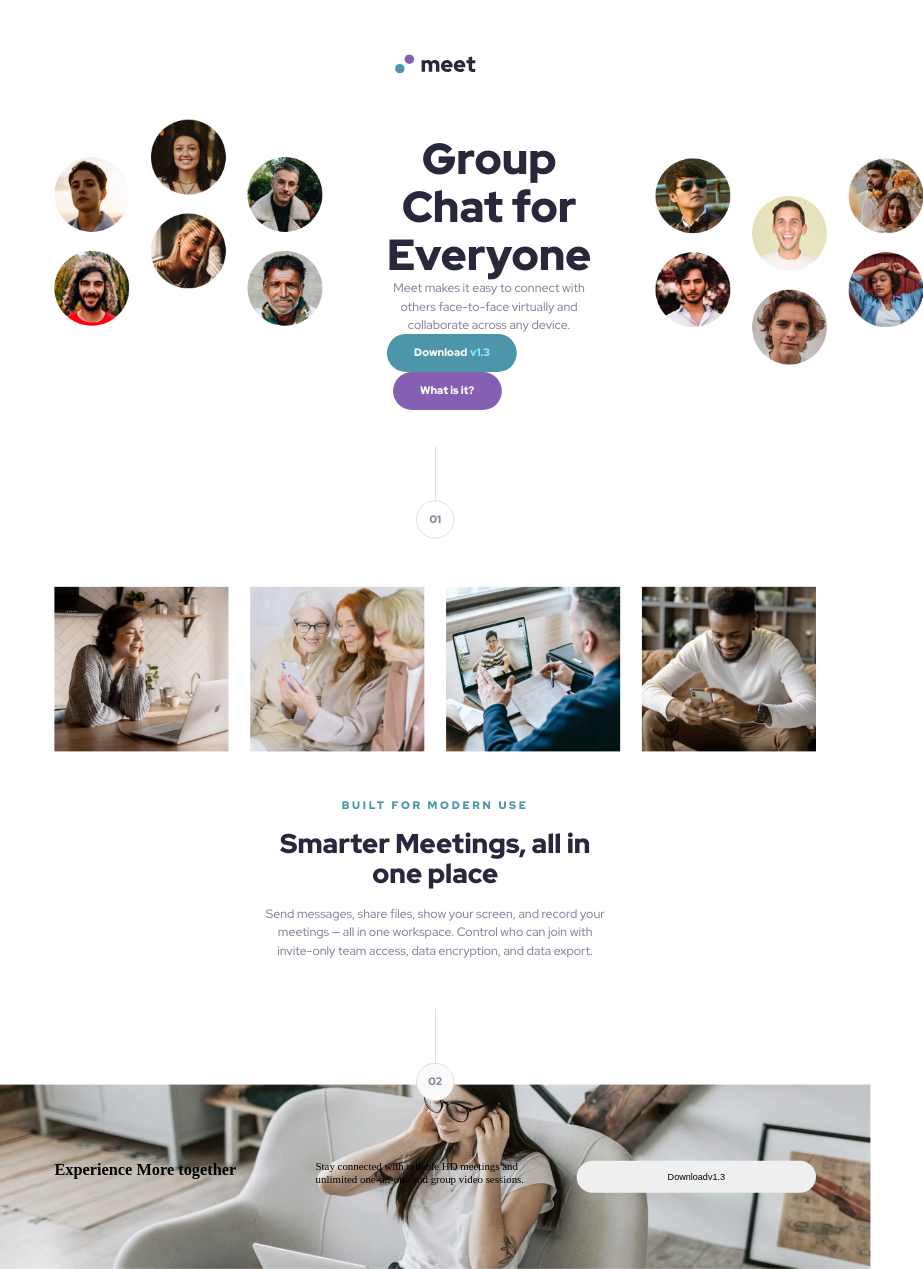
Repository: brandontaylor1/meet-landing-page
Page: index.html
An editor plug-in stored every save of this project. The page is shown before and after the next save, followed by the edit.
The browser window is 1280 px wide. The page is 1358 px wide, so the pictures cover 1358 px, including what lies to the right of the window. The pictures show the whole page, at 68% of full size.

Above is the page before, as saved 2025-01-11 22:31:39.

After the next save:
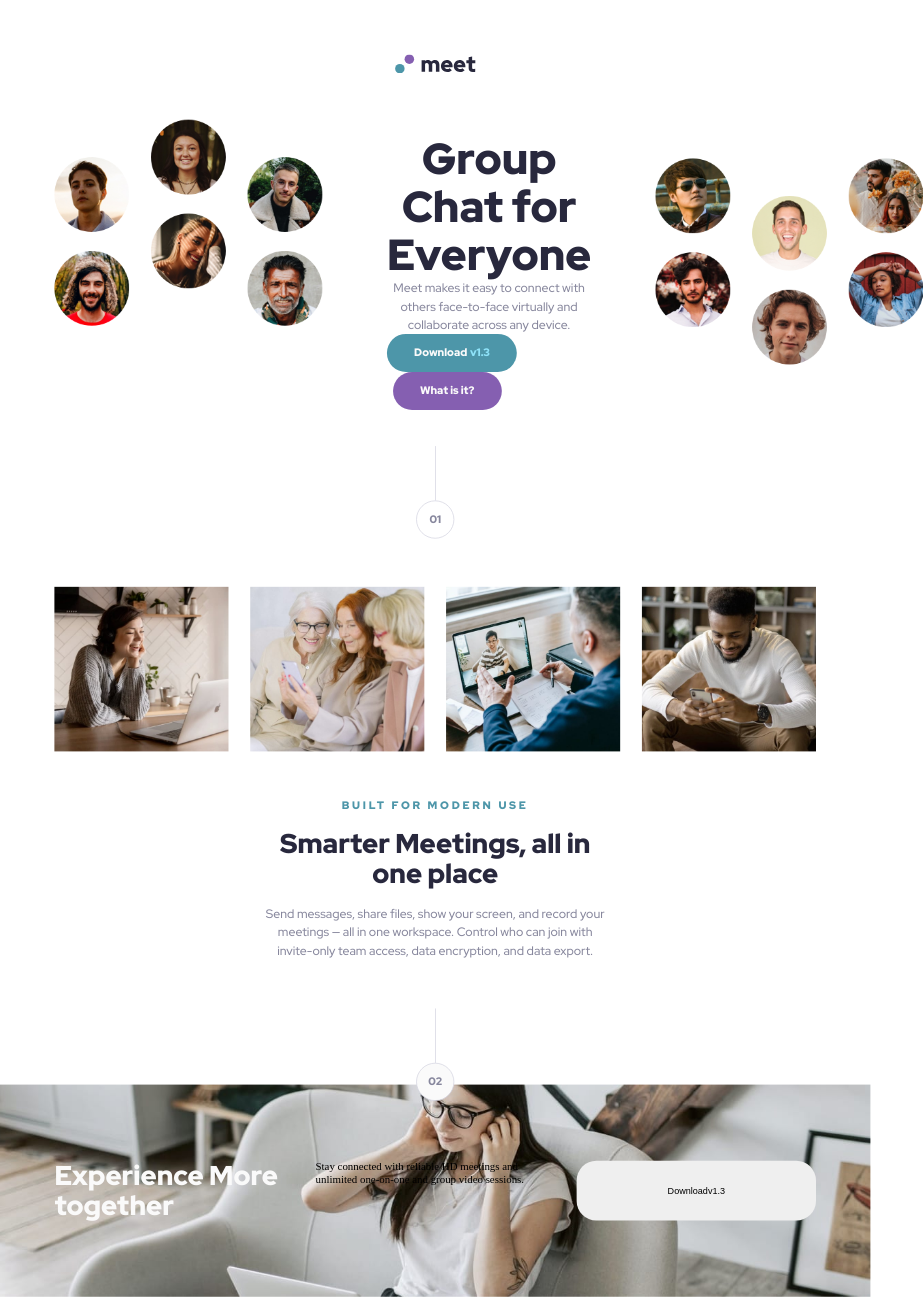
Saved 3 min 32 s later.
--- a/styles.css
+++ b/styles.css
@@ -229,3 +229,12 @@
     width: 70rem;
     gap: 32px;
 }
+
+.footer-grid h2 {
+    font-family: "Red Hat Display", sans-serif;
+    font-size: 2.5rem;
+    font-weight: 900;
+    line-height: 110%;
+    color: var(--color-white);
+
+}
